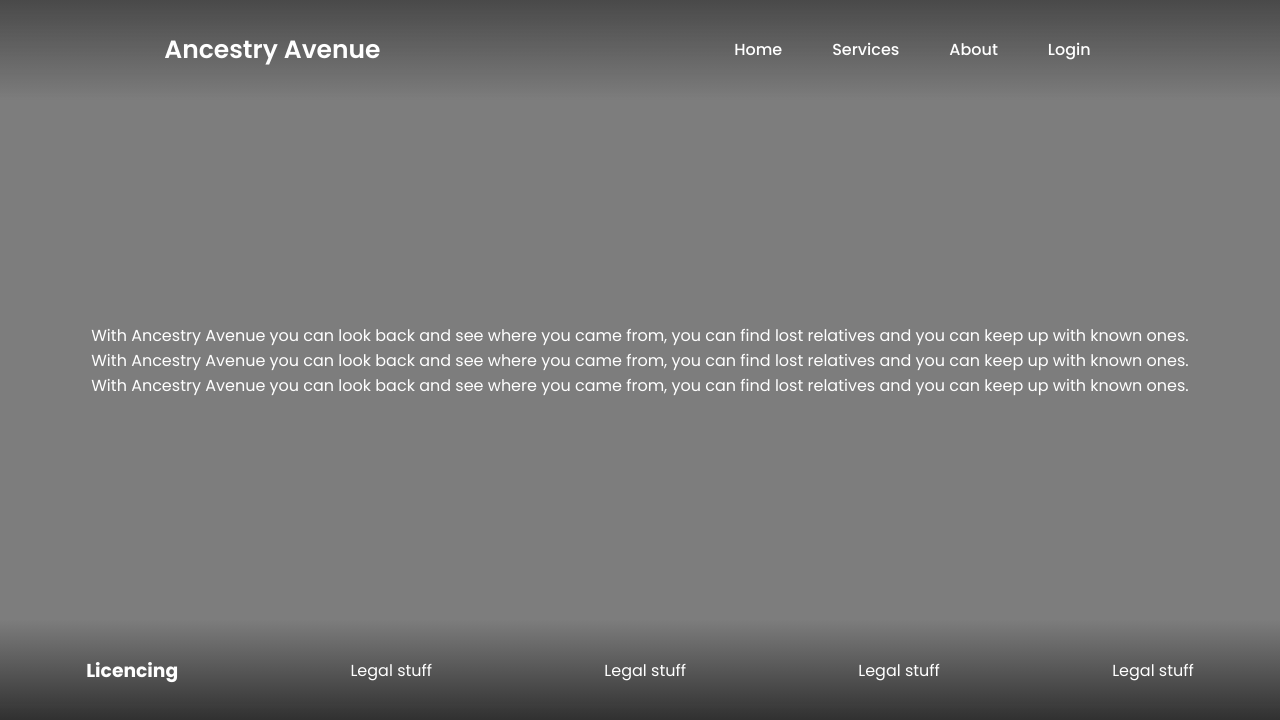
Repository: Erik-Paulin/24wuab
Page: services.html
An editor plug-in stored every save of this project. The page is shown before and after a run of saves, followed by the edit.
The browser window is 1280 px wide. The pictures show the whole page.

Above is the page before, as saved 2024-05-04 17:25:27.
Console error: TypeError: Cannot read properties of null (reading 'addEventListener')

### services.html
<!DOCTYPE html>
<html lang="en">
  <head>
    <meta charset="UTF-8" />
    <meta http-equiv="X-UA-Compatible" content="IE=edge" />
    <meta name="viewport" content="width=device-width, initial-scale=1.0" />
    <link
      href="https://unpkg.com/boxicons@2.1.4/css/boxicons.min.css"
      rel="stylesheet"
    />
    <link rel="stylesheet" href="css/styles.css" />
    <title>Services</title>
  </head>

  <body id="services">
    <div class="wrapper">
      <nav class="nav">
        <div class="nav-logo">
          <p>Ancestry Avenue</p>
        </div>
        <div class="nav-menu" id="navMenu">
          <ul>
            <li><a href="index.html" class="link">Home</a></li>
            <li><a href="services.html" class="link">Services</a></li>
            <li><a href="The-team.html" class="link">About</a></li>
            <li><a href="login.html" class="link">Login</a></li>
          </ul>
        </div>
        <div class="nav-menu-btn">
          <i class="bx bx-menu"></i>
        </div>
      </nav>

      <div class="Wrapper">
        <main class="options">
          <div>
            <div id="info">
              <p>
                With Ancestry Avenue you can look back and see where you came
                from, you can find lost relatives and you can keep up with known
                ones.
              </p>
            </div>
          </div>
          <div>
            <div id="info">
              <p>
                With Ancestry Avenue you can look back and see where you came
                from, you can find lost relatives and you can keep up with known
                ones.
              </p>
            </div>
          </div>
          <div>
            <div id="info">
              <p>
                With Ancestry Avenue you can look back and see where you came
                from, you can find lost relatives and you can keep up with known
                ones.
              </p>
            </div>
          </div>
        </main>
      </div>
      <footer class="foot">
        <h3>Licencing</h3>
        <p>Legal stuff</p>
        <p>Legal stuff</p>
        <p>Legal stuff</p>
        <p>Legal stuff</p>
      </footer>
    </div>
    <script src="js/main.js"></script>
  </body>
</html>

### css/styles.css
/* Majoriteten av css filen tar stor inspiration från andra projekt och intruktionsfilmer från t.ex youtube*/

/* POPPINS FONT */
@import url('https://fonts.googleapis.com/css2?family=Poppins:wght@400;500;600;700&display=swap');

*{
    margin: 0;
    padding: 0;
    box-sizing: border-box;
    font-family: 'Poppins', sans-serif;
}
body{
    background: rgba(39, 39, 39, 0.6);
    color: white;
}
.wrapper{
    justify-content: center;
    justify-items: center;
    height: 100vh;
    width: 100%;
    display: grid;
    grid-template-rows: 100px 19fr 100px;
    grid-template-areas:
    'nav'
    'main'
    'foot'
}
.asswrapper{
    justify-content: center;
    justify-items: center;
    height: 100vh;
    width: 100%;
    display: grid;
    grid-template-rows: 100px 19fr 100px;
    grid-template-areas:
    'nav'
    'main'
    'foot'
}
.nav{
    grid-area: nav;
    position: fixed;
    top: 0;
    display: flex;
    justify-content: space-around;
    width: 100%;
    height: 100px;
    line-height: 100px;
    background: linear-gradient(rgba(39,39,39, 0.6), transparent);
    z-index: 100;
}
.nav-logo p{
    color: white;
    font-size: 25px;
    font-weight: 600;
}
.nav-menu ul{
    display: flex;
}
.nav-menu ul li{
    list-style-type: none;
}
.nav-menu ul li .link{
    text-decoration: none;
    font-weight: 500;
    color: #fff;
    padding-bottom: 15px;
    margin: 0 25px;
}
.link:hover, .active{
    border-bottom: 2px solid #fff;
}
.btn{
    display: flex;
    align-self:center;
    align-items:center;
    justify-content: center;
    width: 130px;
    height: 40px;
    font-weight: 500;
    background: rgba(255, 255, 255, 0.4);
    border: none;
    border-radius: 30px;
    cursor: pointer;
    transition: .3s ease;
}
.btn:hover{
    background: rgba(255, 255, 255, 0.3);
}
#registerBtn{
    margin-left: 15px;
}
.btn.white-btn{
    background: rgba(255, 255, 255, 0.7);
}
.btn.btn.white-btn:hover{
    background: rgba(255, 255, 255, 0.5);
}
.nav-menu-btn{
    display: none;
}

.form-box{
    position: fixed;
    display: flex;
    align-items: center;
    justify-content: center;
    width: 512px;
    height: 420px;
    z-index: 2;
}
.login-container{
    position: absolute;
    left: 4px;
    width: 1fr;
    display: flex;
    flex-direction: column;
    transition: .5s ease-in-out;
}
.register-container{
    position: absolute;
    right: -520vw;
    width: 500px;
    display: flex;
    flex-direction: column;
    transition: .5s ease-in-out;
}
.top span{
    color: #fff;
    font-size: small;
    padding: 10px 0;
    display: flex;
    justify-content: center;
}
.top span a{
    font-weight: 500;
    color: #fff;
    margin-left: 5px;
}
header{
    color: #fff;
    font-size: 30px;
    text-align: center;
    padding: 10px 0 30px 0;
}
.two-forms{
    display: flex;
    gap: 10px;
}
.input-field{
    font-size: 15px;
    background: rgba(255, 255, 255, 0.2);
    color: #fff;
    height: 50px;
    width: 100%;
    padding: 0 10px 0 45px;
    border: none;
    border-radius: 30px;
    outline: none;
    transition: .2s ease;
}
.input-field:hover, .input-field:focus{
    background: rgba(255, 255, 255, 0.25);
}
::-webkit-input-placeholder{
    color: #fff;
}
.input-box i{
    position: relative;
    top: -35px;
    left: 17px;
    color: #fff;
}
.submit{
    font-size: 15px;
    font-weight: 500;
    color: black;
    height: 45px;
    width: 100%;
    border: none;
    border-radius: 30px;
    outline: none;
    background: rgba(255, 255, 255, 0.7);
    cursor: pointer;
    transition: .3s ease-in-out;
}
.submit:hover{
    background: rgba(255, 255, 255, 0.5);
    box-shadow: 1px 5px 7px 1px rgba(0, 0, 0, 0.2);
}
.two-col{
    display: flex;
    justify-content: space-between;
    color: #fff;
    font-size: small;
    margin-top: 10px;
}
.two-col .one{
    display: flex;
    gap: 5px;
}
.two label a{
    text-decoration: none;
    color: #fff;
}
.two label a:hover{
    text-decoration: underline;
}
.foot{
    height: 100px;
    width: 100%;
    display: flex;
    align-self:center;
    align-items:center;
    justify-content: space-around;
    background: linear-gradient(0deg,rgba(30,30,30, 0.8), transparent);
    position: fixed;
    bottom: 0;
}

.Wrapper{
    width: 100%;
    grid-area: main;
    display: flex;
    flex-direction: column;
    align-items: center;
    justify-content:center;
    padding: 50px;
}
.Associates{
    display: grid;
    gap: 15px;
    grid-area: asmn;
    height: 100%;
    width: 100%;
    grid-template-rows: 100px 5fr 5fr 1fr;
    grid-template-areas:
    'nv'
    'one'
    'two'
    'ft'
}
.nv{
    grid-area: nv;
    height: 100px;
}
.profile{
    justify-self: start;
}
img{
    display: grid;
    grid-area: img;
    object-fit: cover;
    width: 100%;
    max-height: 100%;
}
.info{
    grid-area: info;
}

@media (min-width: 851px) {
    .one1{
        height: 100%;
        width: 100%;
        grid-area: one;
        display: grid;
        border-style: solid;
        border-color: white;
        padding: 10px;
        border-width: 5px;
        border-radius: 5px;
        align-items: center;
        justify-items: end;
        grid-template-columns: 2fr 4fr;
        grid-template-areas:
        'img info'
    }
    .two2{
        grid-area: two;
        display: grid;
        border-style: solid;
        border-color: white;
        padding: 10px;
        border-width: 5px;
        border-radius: 5px;
        align-items: center;
        justify-items: end;
        grid-template-columns: 2fr 4fr;
        grid-template-areas:
        'img info'
    }
    .info{
        grid-area: info;
        padding: 20px;
    }
}
@media (max-width: 850px) {
    .wrapper{
        height: 100vh;
        width: 100%;
        display: grid;
        grid-template-rows: 3fr 19fr 5fr;
        grid-template-areas:
        'nav'
        'main'
        'foot'
    }
    .Wrapper{
        width:100%;
        padding: 50px
    }
    .form-box{
        width: 100%;
        height: 500px;
    }
    .register-container, .login-container{
        align-self: center;
        justify-self: center;
        width: 100%;
        padding: 0 20px;
    }
    .register-container .two-forms{
        flex-direction: column;
        gap: 0;
    }
    .nav-button{
        display: none;
    }
    .nav-menu.responsive{
        top: 100px;
    }
    .nav-menu{
        position: absolute;
        top: -2000px;
        display: flex;
        justify-content: center;
        background: rgba(255, 255, 255, 0.2);
        width: 100%;
        height: 90vh;
        backdrop-filter: blur(20px);
        transition: .3s;
    }
    .nav-menu ul{
        flex-direction: column;
        text-align: center;
    }
    .nav-menu-btn{
        display: block;
    }
    .nav-menu-btn i{
        font-size: 25px;
        color: #fff;
        padding: 10px;
        background: rgba(255, 255, 255, 0.2);
        border-radius: 50%;
        cursor: pointer;
        transition: .3s;
    }
    .nav-menu-btn i:hover{
        background: rgba(255, 255, 255, 0.15);
    }
    .foot{
        font-size: 70%;
    }
    .Associates{
        display: grid;
        gap: 10px;
        grid-area: asmn;
        height: 100vh;
        width: 100%;
        grid-template-rows: 100px 1fr 1fr 100px;
        grid-template-areas:
        'nv'
        'one'
        'two'
        'ft'
    }
    .one1{
        height: 1fr;
        width: 100%;
        grid-area: one;
        display: grid;
        border-style: solid;
        border-color: white;
        padding: 5px;
        border-width: 5px;
        border-radius: 5px;
        align-items: center;
        justify-items: end;
        grid-template-areas:
        'img'
        'info'
    }
    .two2{
        height: 1fr;
        width: 100%;
        grid-area: two;
        display: grid;
        border-style: solid;
        border-color: white;
        padding: 5px;
        border-width: 5px;
        border-radius: 5px;
        align-items: center;
        justify-items: end;
        grid-template-areas:
        'img'
        'info'
    }
    img{
        display: grid;
        align-self:start;
        grid-area: img;
        object-fit: cover;
        width: 100%;
        max-height: 100%;
    }
}
@media (max-width: 300px) {
    .wrapper{
        width: 100%;
    }
    .form-box{
        width: 100%;
        height: 500px;
    }
    .register-container, .login-container{
        align-self:center;
        justify-self: center;
        width: 100%;
        padding: 0 20px;
    }
    .register-container .two-forms{
        flex-direction: column;
        gap: 0;
    }
    .one1{
        height: 100%;
        width: 100%;
        grid-area: one;
        display: grid;
        border-style: solid;
        border-color: white;
        padding: 20px;
        border-width: 5px;
        border-radius: 5px;
        padding-right: 10px;
        align-items: center;
        justify-items: end;
        grid-template-columns: 2fr 4fr;
        grid-template-areas:
        'img'
        'info'
    }
    .two2{
        grid-area: two;
        display: grid;
        border-style: solid;
        border-color: white;
        padding: 20px;
        border-width: 5px;
        border-radius: 5px;
        padding-right: 10px;
        align-items: center;
        justify-items: end;
        grid-template-rows: 2fr 1fr 4fr;
        grid-template-areas:
        'img'
        'fr'
        'info'
    }
}

### js/main.js
let menuBtn = document.querySelector(".nav-menu-btn")
menuBtn.addEventListener("click",myMenuFunction)

let loginBtn = document.querySelector("#loginBtn")
loginBtn.addEventListener("click",login)

let registerBtn = document.querySelector("#registerBtn")
registerBtn.addEventListener("click",register)

var a = document.getElementById("loginBtn");
var b = document.getElementById("registerBtn");
var x = document.getElementById("login");
var y = document.getElementById("register");

// Functions är till stor del lånade med specifiering gjort av mig

function myMenuFunction() {
  var i = document.getElementById("navMenu");

  if (i.className === "nav-menu") {
    i.className += " responsive";
  } else {
    i.className = "nav-menu";
  }
}

function login() {
  x.style.left = "4px";
  y.style.right = "-520px";
  a.className += " white-btn";
  b.className = "btn";
  x.style.opacity = 1;
  y.style.opacity = 0;
}

function register() {
  x.style.left = "-510px";
  y.style.right = "5px";
  a.className = "btn";
  b.className += " white-btn";
  x.style.opacity = 0;
  y.style.opacity = 1;
}

After the next 2 saves:
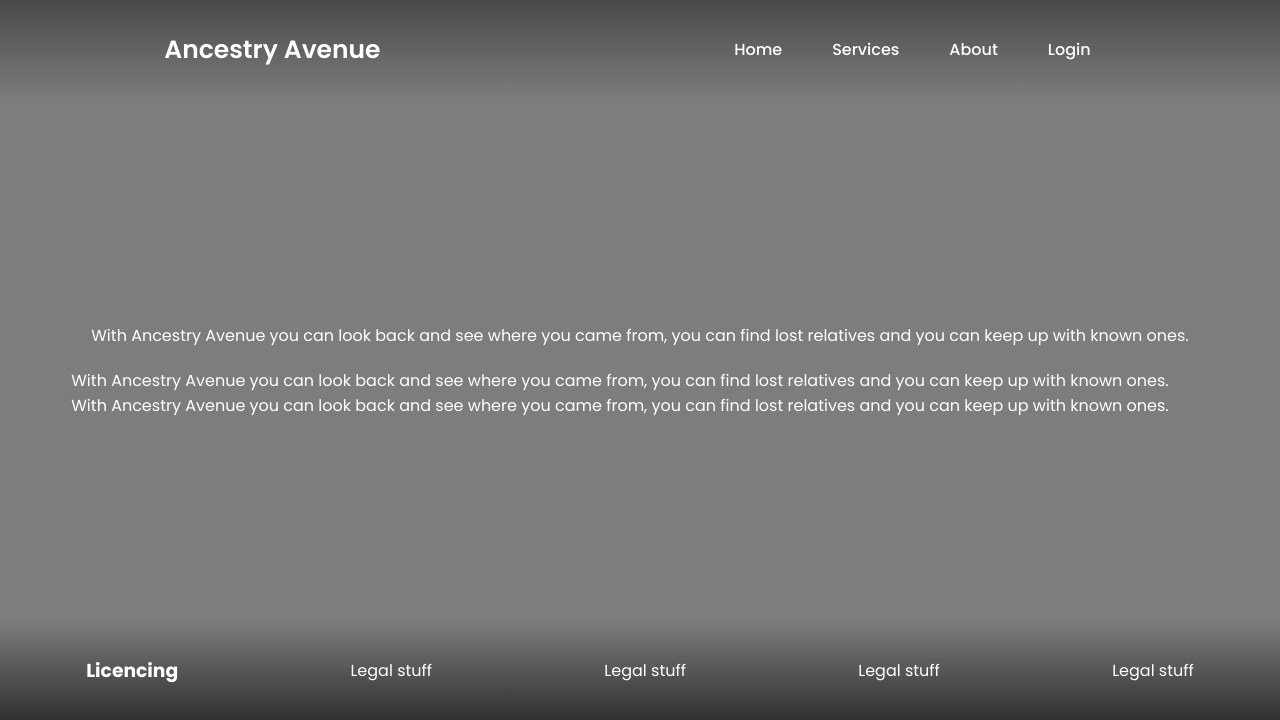
The 2 saves are shown as one change because they came seconds apart.
The last was saved 13 s later.
--- a/services.html
+++ b/services.html
@@ -34,7 +34,7 @@
       <div class="Wrapper">
         <main class="options">
           <div>
-            <div id="info">
+            <div class="info">
               <p>
                 With Ancestry Avenue you can look back and see where you came
                 from, you can find lost relatives and you can keep up with known
